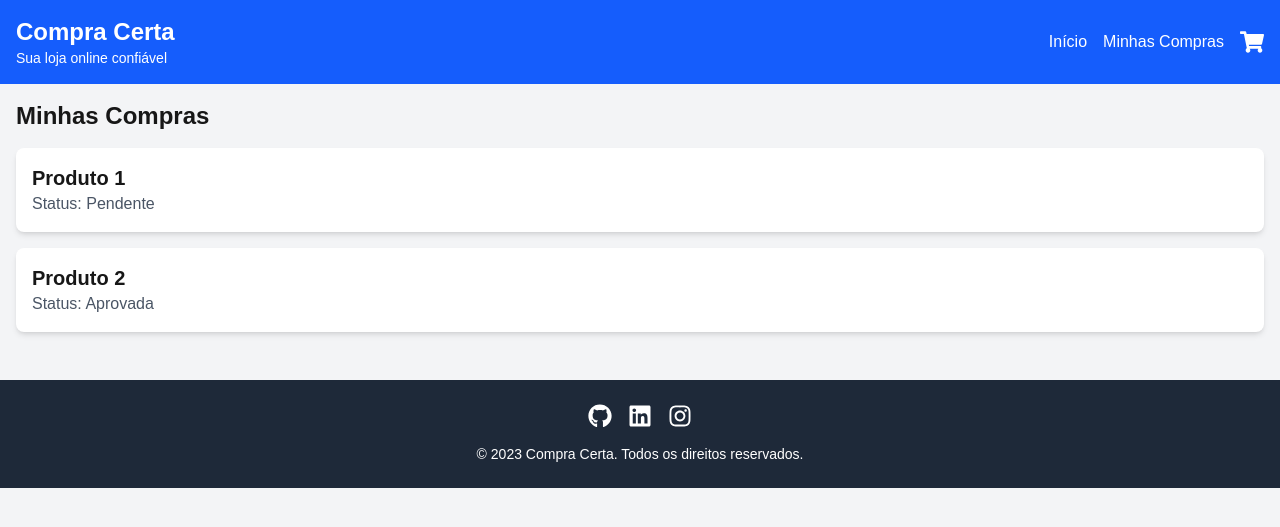
Repository: kcsdesenvolvedor/compra-certa
Page: /my-purchases (app in front-end/)
These files come from the project's save history. The page is drawn as it stood at one moment and after the next save; the edit follows.
The browser window is 1280 px wide. The pictures show the whole page.
The project was rebuilt for these pictures with package versions that can differ from the ones it lists, and the page was loaded fresh each time. The framework's server and built-in components were replaced by stand-ins that run in the browser. Also part of the build but not shown: front-end/next.config.ts.

Above is the page before, as saved 2025-03-11 21:42:11.

After the next save:
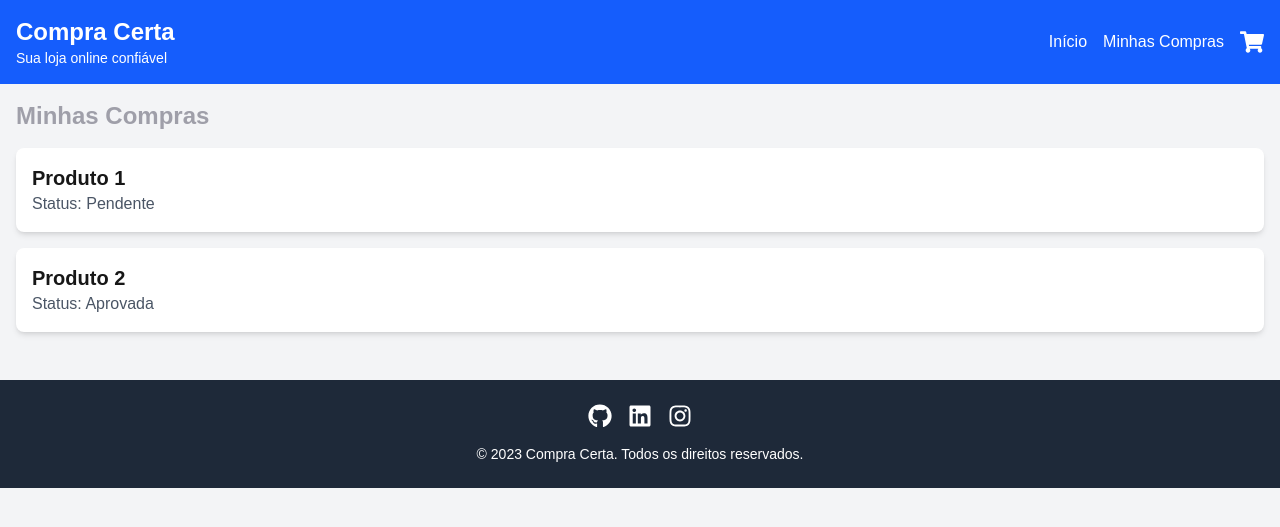
Saved 10 h 30 min later.
--- a/front-end/src/app/my-purchases/page.tsx
+++ b/front-end/src/app/my-purchases/page.tsx
@@ -13,7 +13,7 @@
     <div className="min-h-screen bg-gray-100">
       <Header />
       <main className="container mx-auto p-4">
-        <h1 className="text-2xl font-bold mb-4">Minhas Compras</h1>
+        <h1 className="text-2xl text-zinc-400 font-bold mb-4">Minhas Compras</h1>
         <div className="space-y-4">
           {purchases.map((purchase) => (
             <PurchaseStatus key={purchase.id} purchase={purchase} />
